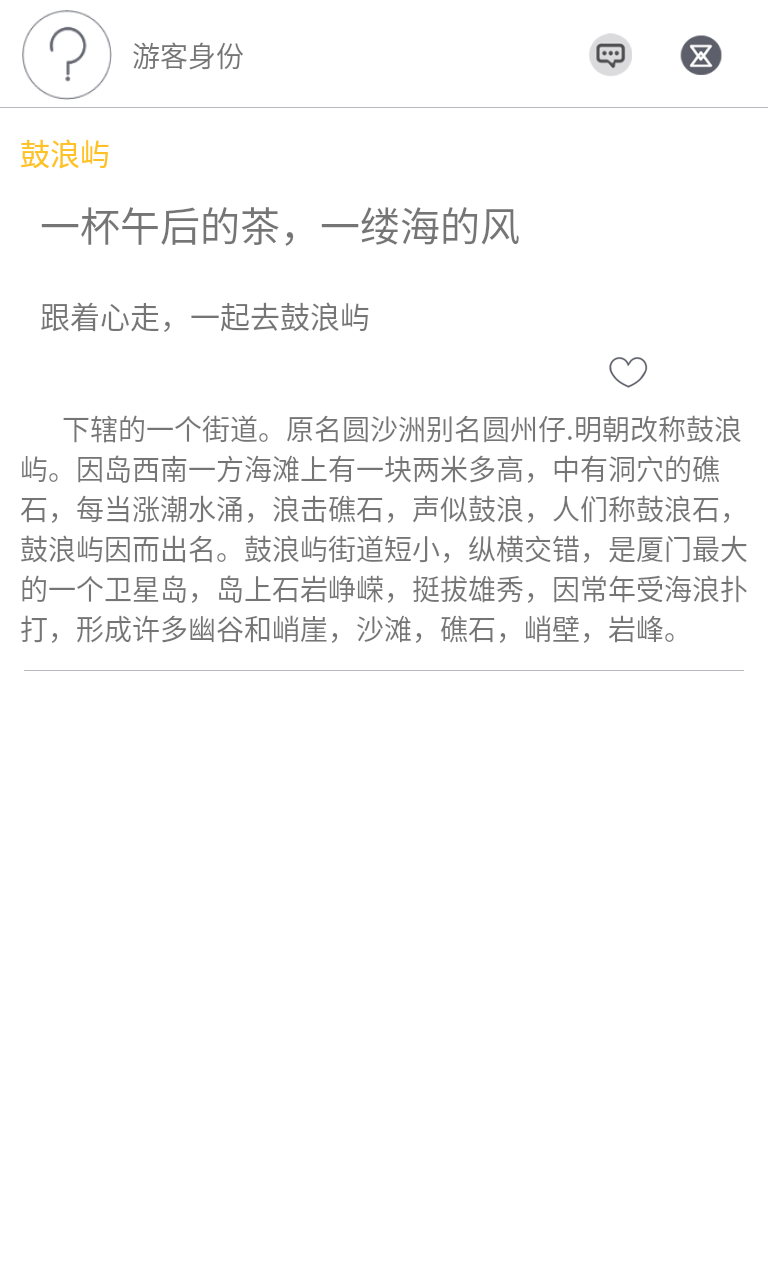
Repository: MinoyJet/Amoy
Layout: beta5/res/layout/dy_image.xml
An editor plug-in stored every save of this project. The layout is shown before and after a run of saves, followed by the edit.
It is drawn on a 768 x 1280 px phone screen (xhdpi) without system bars, with theme AppTheme; the app's code is not run. Lists and similar views that code fills are empty.

Above is the layout before, as saved 2015-04-25 08:08:10.

### beta5/res/layout/dy_image.xml
<?xml version="1.0" encoding="utf-8"?>
<LinearLayout xmlns:android="http://schemas.android.com/apk/res/android"
    android:layout_width="match_parent"
    android:layout_height="match_parent"

    android:orientation="vertical"
    android:background="#FFFFFF">

    <RelativeLayout
        android:id="@+id/relativeLayout1"
        android:layout_width="fill_parent"
        android:layout_height="55dp"
        android:layout_alignParentLeft="true"
        android:layout_alignParentTop="true"
        android:orientation="vertical" >

        <ImageView
            android:id="@+id/imageView2"
            android:layout_width="match_parent"
            android:layout_height="wrap_content"
            android:layout_alignParentBottom="true"
            android:layout_alignParentLeft="true"
            android:background="@drawable/xian" />

        <TextView
            android:id="@+id/textView1"
            android:layout_width="wrap_content"
            android:layout_height="wrap_content"
            android:layout_centerVertical="true"
            android:layout_marginLeft="10dp"
            android:layout_toRightOf="@+id/imageView1"
            android:text="游客身份" />

        <ImageView
            android:id="@+id/imageView1"
            android:layout_width="45dp"
            android:layout_height="45dp"
            android:layout_alignParentLeft="true"
            android:layout_centerVertical="true"
            android:layout_marginLeft="11dp"
            android:background="@drawable/yonghuyouke" />

        <ImageView
            android:layout_width="23dp"
            android:layout_height="23dp"
            android:layout_alignParentRight="true"
                        android:layout_centerVertical="true"

            android:layout_marginRight="67dp"
            android:src="@drawable/pinglunnn" />

        <ImageView
            android:layout_width="23dp"
            android:layout_height="23dp"
            android:layout_alignParentRight="true"
            android:layout_centerVertical="true"
            android:layout_marginRight="22dp"
            android:src="@drawable/tiezia" />

    </RelativeLayout>
    <ScrollView
        android:layout_width="match_parent"
        android:layout_height="wrap_content">
    <LinearLayout

        android:layout_width="match_parent"
        android:layout_height="wrap_content"
        android:orientation="vertical"
        android:padding="10dp"
        >

         <TextView
        android:layout_width="wrap_content"
        android:layout_height="wrap_content"
        android:id="@+id/daoyoutx1"
        android:textSize="15sp"
        android:textColor="#FFC125"
        android:text="鼓浪屿"/>
    <TextView
       android:layout_width="fill_parent"
       android:layout_height="wrap_content"
       android:id="@+id/daoyoutx2"
       android:padding="10dp"
       android:textSize="20dp"
       android:text="一杯午后的茶，一缕海的风"/>
    <ImageView
        android:layout_width="fill_parent"
        android:layout_height="wrap_content"
        android:id="@+id/imageview"/>
    <TextView
        android:layout_width="fill_parent"
        android:layout_height="wrap_content"
android:padding="10dp"
android:textSize="15dp"
        android:id="@+id/daoyoutx3"
        android:text="跟着心走，一起去鼓浪屿"/>
    <ImageView
        android:layout_width="wrap_content"
        android:layout_height="wrap_content"
        android:src="@drawable/aixin"
        android:layout_gravity="right"
        android:layout_marginRight="50dp"/>
    <TextView
        android:layout_width="fill_parent"
        android:layout_height="wrap_content"
        android:text="      下辖的一个街道。原名圆沙洲别名圆州仔.明朝改称鼓浪屿。因岛西南一方海滩上有一块两米多高，中有洞穴的礁石，每当涨潮水涌，浪击礁石，声似鼓浪，人们称鼓浪石，鼓浪屿因而出名。鼓浪屿街道短小，纵横交错，是厦门最大的一个卫星岛，岛上石岩峥嵘，挺拔雄秀，因常年受海浪扑打，形成许多幽谷和峭崖，沙滩，礁石，峭壁，岩峰。"
        android:layout_marginTop="10dp"
        android:id="@+id/daoyoutx5"/>
    <ImageView
        android:layout_width="fill_parent"
        android:layout_height="wrap_content"
        android:layout_marginTop="10dp"
        android:src="@drawable/xian"/>

    </LinearLayout>
    </ScrollView>
      <ListView

        android:id="@+id/tiezilistinbuju"
        android:layout_width="wrap_content"
        android:layout_height="wrap_content"
        android:layout_below="@+id/relativeLayout1"
        android:divider="#EEEEEE"
        android:dividerHeight="5dp"
        >

   </ListView>


</LinearLayout>

### beta5/res/values/styles.xml
<resources>

    <!--
        Base application theme, dependent on API level. This theme is replaced
        by AppBaseTheme from res/values-vXX/styles.xml on newer devices.
    -->
    <style name="AppBaseTheme" parent="Theme.AppCompat.Light">
           <item name="android:windowIsTranslucent">true</item>
             <item name="android:windowNoTitle">true</item>
        <!--
            Theme customizations available in newer API levels can go in
            res/values-vXX/styles.xml, while customizations related to
            backward-compatibility can go here.
        -->
    </style>

    <!-- Application theme. -->
    <style name="AppTheme" parent="AppBaseTheme">
        <!-- All customizations that are NOT specific to a particular API-level can go here. -->
    </style>

</resources>

### beta5/res/values-v11/styles.xml
<resources>

    <!--
        Base application theme for API 11+. This theme completely replaces
        AppBaseTheme from res/values/styles.xml on API 11+ devices.
    -->
    <style name="AppBaseTheme" parent="Theme.AppCompat.Light">
           <item name="android:windowIsTranslucent">true</item>
             <item name="android:windowNoTitle">true</item>
        <!-- API 11 theme customizations can go here. -->
    </style>

</resources>

### beta5/res/values-v14/styles.xml
<resources>

    <!--
        Base application theme for API 14+. This theme completely replaces
        AppBaseTheme from BOTH res/values/styles.xml and
        res/values-v11/styles.xml on API 14+ devices.
    -->
    <style name="AppBaseTheme" parent="Theme.AppCompat.Light.DarkActionBar">
           <item name="android:windowIsTranslucent">true</item>
             <item name="android:windowNoTitle">true</item>
        <!-- API 14 theme customizations can go here. -->
    </style>

</resources>

After the next 2 saves:
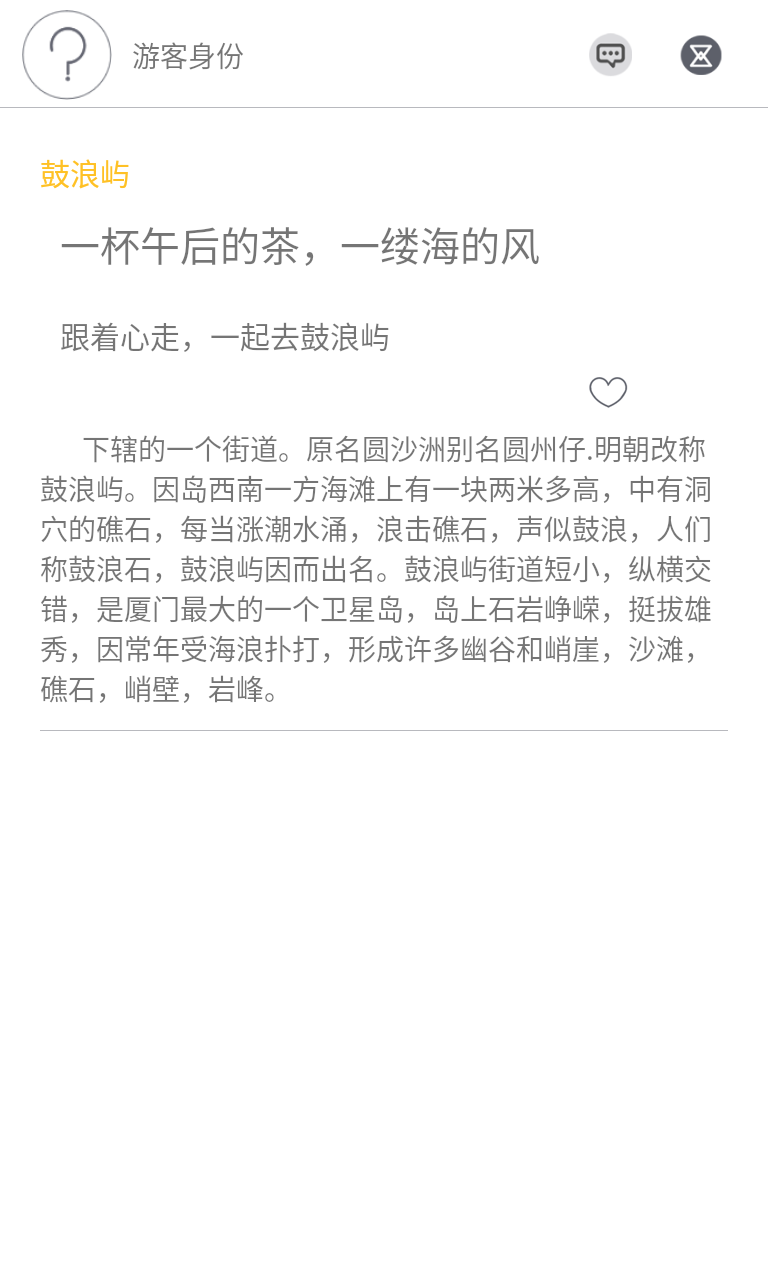
The 2 saves are shown as one change because 1 did not build or start.
The last was saved 4 min 53 s later.
--- a/beta5/res/layout/dy_image.xml
+++ b/beta5/res/layout/dy_image.xml
@@ -60,7 +60,9 @@
     </RelativeLayout>
     <ScrollView
         android:layout_width="match_parent"
-        android:layout_height="wrap_content">
+        android:layout_height="wrap_content"
+           android:orientation="vertical"
+        android:padding="10dp">
     <LinearLayout
 
         android:layout_width="match_parent"
